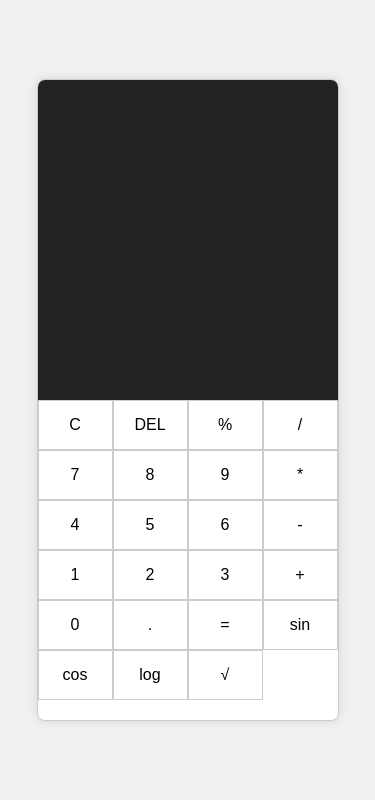
Repository: JuliusMonday/myCalculator
Page: index.html
An editor plug-in stored every save of this project. The page is shown before and after a run of saves, followed by the edit.
The browser window is 375 px wide. The pictures show the whole page.

Above is the page before, as saved 2024-05-31 08:37:48.

### index.html
<!DOCTYPE html>
<html lang="en">
<head>
    <meta charset="UTF-8">
    <meta name="viewport" content="width=device-width, initial-scale=1.0">
    <title>JuliusCalc - Scientific Calculator</title>
    <link rel="stylesheet" href="styles.css">
</head>
<body>
    <div class="calculator">
        <div class="display">
            <input type="text" id="result" disabled>
        </div>
        <div class="buttons">
            <button onclick="clearDisplay()">C</button>
            <button onclick="deleteChar()">DEL</button>
            <button onclick="appendChar('%')">%</button>
            <button onclick="appendChar('/')">/</button>

            <button onclick="appendChar('7')">7</button>
            <button onclick="appendChar('8')">8</button>
            <button onclick="appendChar('9')">9</button>
            <button onclick="appendChar('*')">*</button>

            <button onclick="appendChar('4')">4</button>
            <button onclick="appendChar('5')">5</button>
            <button onclick="appendChar('6')">6</button>
            <button onclick="appendChar('-')">-</button>

            <button onclick="appendChar('1')">1</button>
            <button onclick="appendChar('2')">2</button>
            <button onclick="appendChar('3')">3</button>
            <button onclick="appendChar('+')">+</button>

            <button onclick="appendChar('0')">0</button>
            <button onclick="appendChar('.')">.</button>
            <button onclick="calculate()">=</button>

            <button onclick="appendChar('Math.sin(')">sin</button>
            <button onclick="appendChar('Math.cos(')">cos</button>
            <button onclick="appendChar('Math.log(')">log</button>
            <button onclick="appendChar('Math.sqrt(')">√</button>
        </div>
    </div>
    <script src="index.js"></script>
</body>
</html>

### styles.css
body {
    display: flex;
    justify-content: center;
    align-items: center;
    height: 100vh;
    background-color: #f0f0f0;
    font-family: 'Arial', sans-serif;
    margin: 0;
}

.calculator {
    width: 300px;
    border: 1px solid #ccc;
    border-radius: 8px;
    overflow: hidden;
    box-shadow: 0 0 10px rgba(0, 0, 0, 0.1);
    background-color: #ffffff;
}

.display {
    background-color: #222;
    color: #fff;
    padding: 0;
    font-size: 24px;
    position: relative;
    height: 60px;
    display: flex;
    align-items: flex-end;
    padding-right: 10px;
}

.display input {
    width: 100%;
    border: none;
    background: none;
    color: #fff;
    text-align: right;
    font-size: 24px;
    padding: 0;
    box-sizing: border-box;
    line-height: 60px;
    height: 60px;
}

.buttons {
    display: grid;
    grid-template-columns: repeat(4, 1fr);
}

button {
    padding: 20px;
    font-size: 18px;
    border: 1px solid #ccc;
    background-color: #fff;
    cursor: pointer;
    transition: background-color 0.2s;
}

button:hover {
    background-color: #f0f0f0;
}

button:active {
    background-color: #ddd;
}

/* Responsive Design */
@media (max-width: 600px) {
    .calculator {
        width: 80%;
        height: 80%;
        border-radius: 5;
    }
    .display {
        padding: 10px;
        font-size: 20px;
        height: 300px;
    }
    button {
        padding: 15px;
        font-size: 16px;
    }
}

### index.js
// script.js

function appendChar(char) {
    document.getElementById('result').value += char;
}

function clearDisplay() {
    document.getElementById('result').value = '';
}

function deleteChar() {
    let currentDisplay = document.getElementById('result').value;
    document.getElementById('result').value = currentDisplay.slice(0, -1);
}

function calculate() {
    try {
        let expression = document.getElementById('result').value;

        // Automatically close any opened parentheses
        let openParenthesisCount = (expression.match(/\(/g) || []).length;
        let closeParenthesisCount = (expression.match(/\)/g) || []).length;
        let missingCloseParenthesis = openParenthesisCount - closeParenthesisCount;

        for (let i = 0; i < missingCloseParenthesis; i++) {
            expression += ')';
        }

        let result = eval(expression);
        document.getElementById('result').value = result;
    } catch (error) {
        document.getElementById('result').value = 'Error';
    }
}

After the next 2 saves:
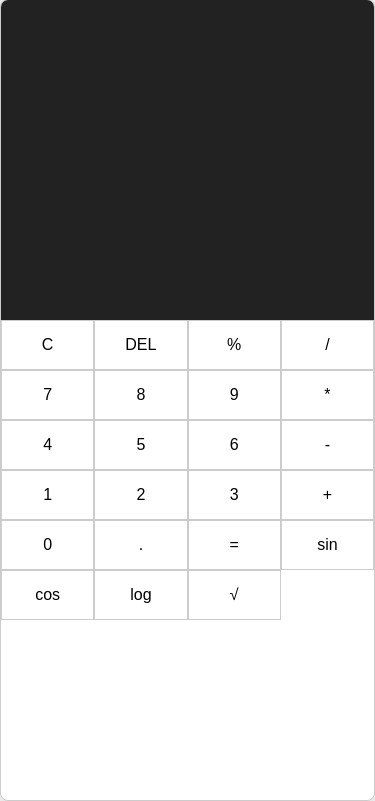
The 2 saves are shown as one change because they came seconds apart.
The last was saved 20 s later.
--- a/styles.css
+++ b/styles.css
@@ -67,8 +67,8 @@ button:active {
 /* Responsive Design */
 @media (max-width: 600px) {
     .calculator {
-        width: 80%;
-        height: 80%;
+        width: 100%;
+        height: 100%;
         border-radius: 5;
     }
     .display {
